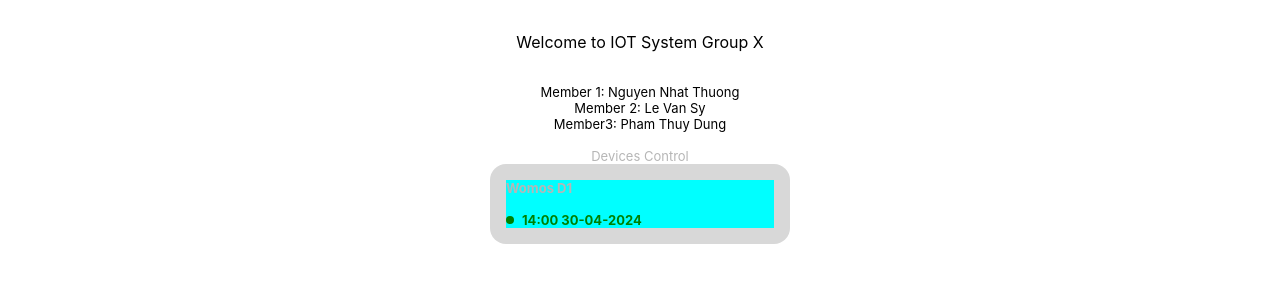
Repository: ngnhthuong/IOT_LAB
Page: /
An editor plug-in stored every save of this project. The page is shown before and after a run of saves, followed by the edit.
The browser window is 1280 px wide. The pictures show the whole page.
The project was rebuilt for these pictures with package versions that can differ from the ones it lists, and the page was loaded fresh each time.

Above is the page before, as saved 2024-04-23 14:52:33.

After the next 2 saves:
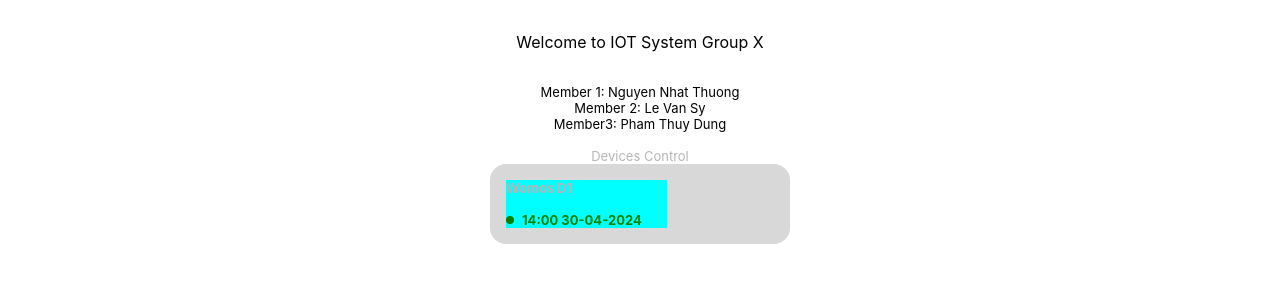
The 2 saves are shown as one change because they came seconds apart.
The last was saved 19 s later.
--- a/src/App.css
+++ b/src/App.css
@@ -53,6 +53,8 @@
   flex-direction: column;
   gap: 1rem;
   background-color: aqua;
+  width: 60%;
+  height: ;
 }
 
 .name{
